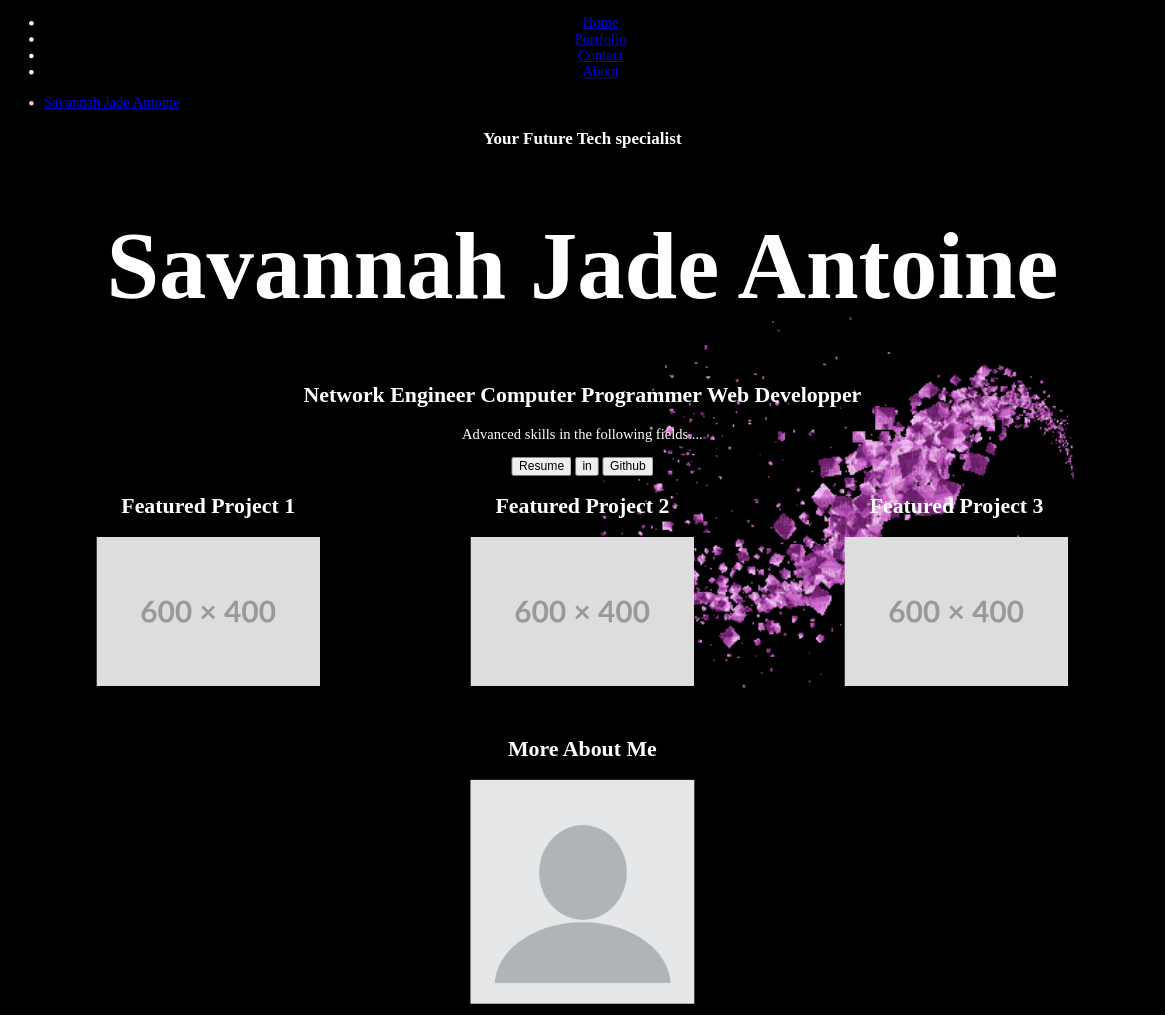
Repository: Savannah-Antoine/Savannah-Antoine
Page: index.html
These files come from the project's save history. The page is drawn as it stood at one moment and after the next save; the edit follows.
The browser window is 1280 px wide. The pictures show the whole page, at 91% of full size.

Above is the page before, as saved 2026-05-05 15:21:22.

After the next save:
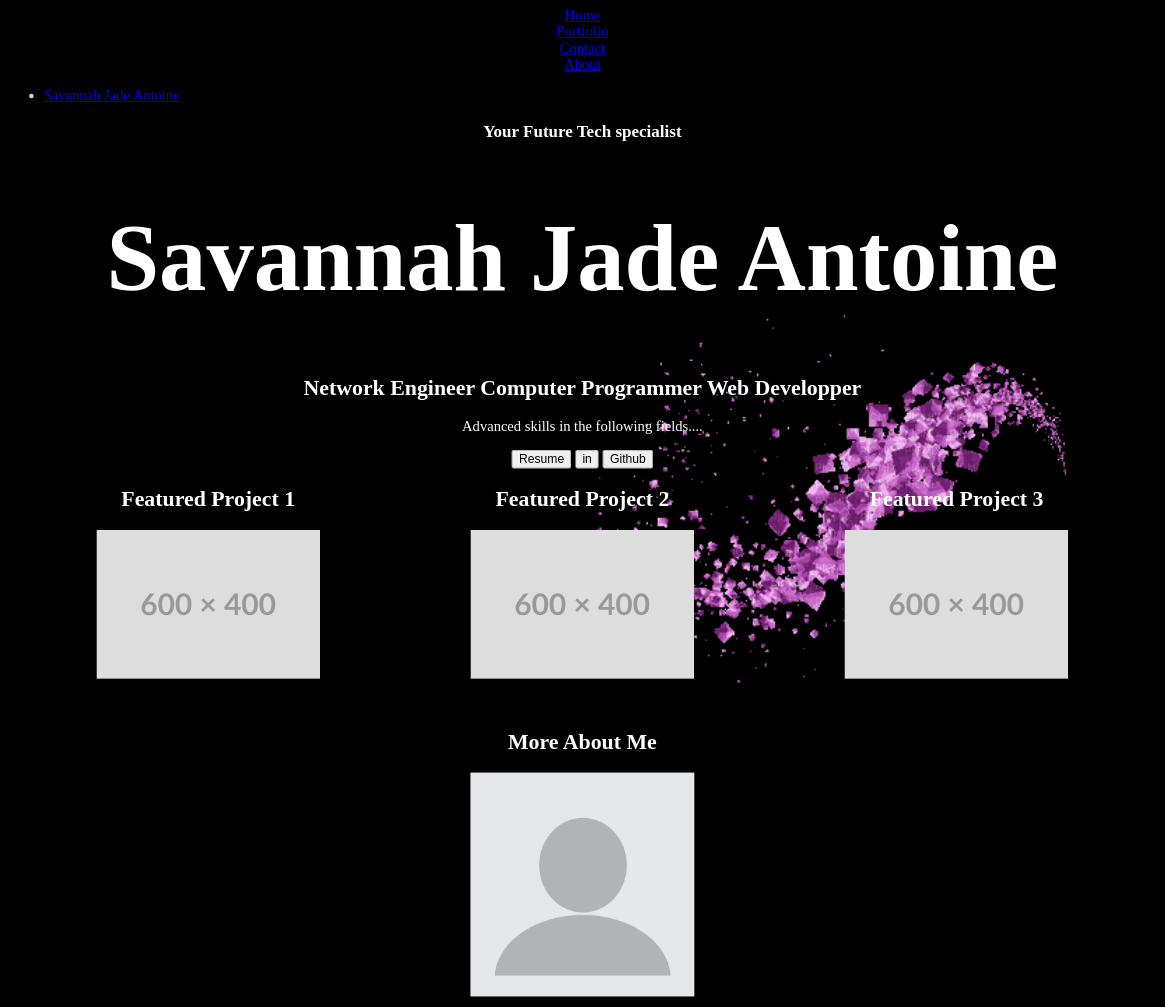
Saved 13 s later.
--- a/index.html
+++ b/index.html
@@ -10,7 +10,7 @@
 <body>
 <header>
     <nav>
-        <ul>
+        <ul class = "navigation">
   <li><a href="index.html">Home</a></li>
   <li><a href="portfolioPage.html">Portfolio</a></li>
   <li><a href="contact.asp">Contact</a></li>
